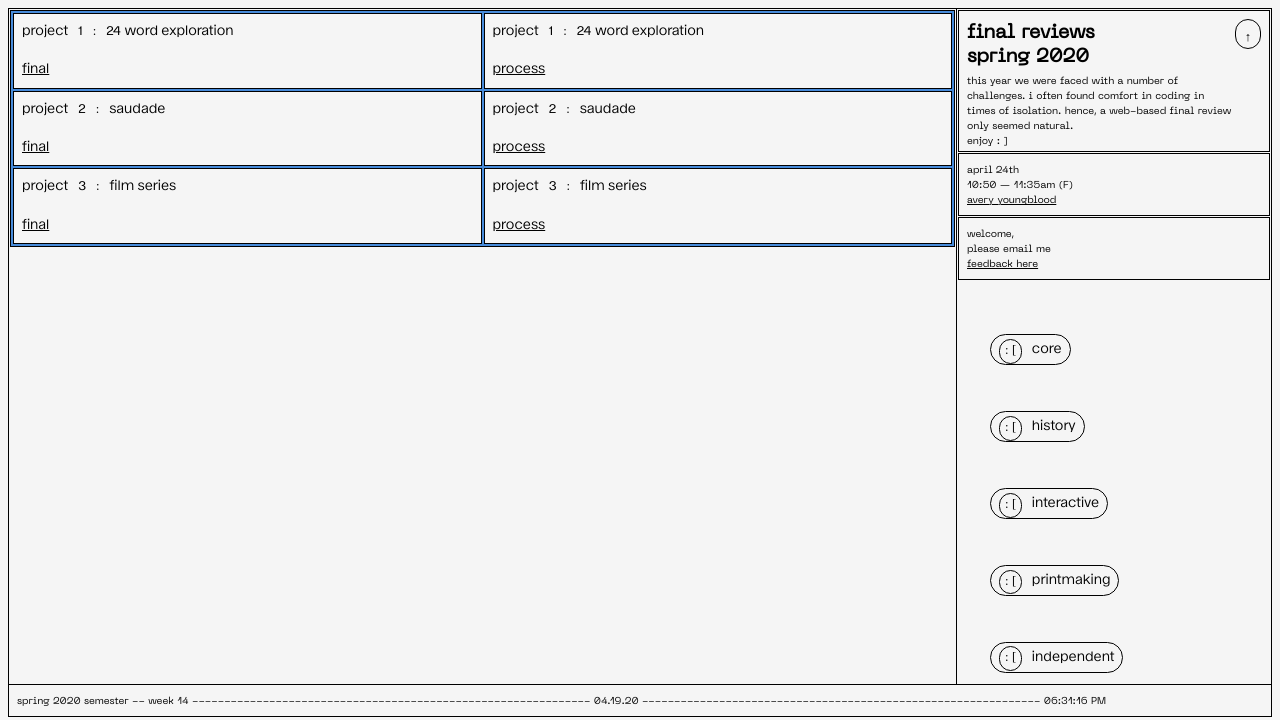
Repository: ayoungblood2/Spring-Semester-2020
Page: index v2/classes/printmaking.html
An editor plug-in stored every save of this project. The page is shown before and after the next save, followed by the edit.
The browser window is 1280 px wide. The pictures show the whole page.
Some web libraries are served in a nearby version.

Above is the page before, as saved 2020-04-19 21:31:46.

After the next save:
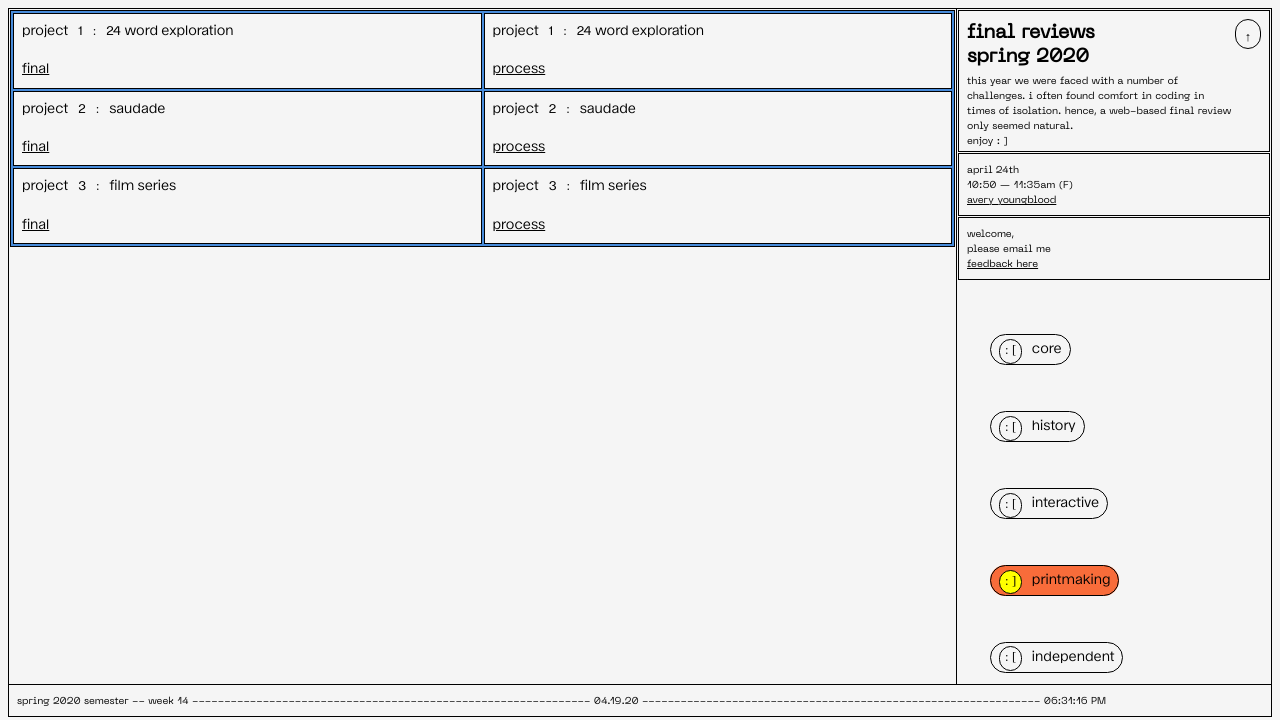
Saved 45 s later.
--- a/index v2/classes/printmaking.html
+++ b/index v2/classes/printmaking.html
@@ -266,8 +266,7 @@
 
                     <li class="Nav-item ">
                         <span>
-                            <a href="/index v2/classes/history.html"
-                            class="Nav-link view-more view-less" href="#" data-target="print">
+                            <a href="/index v2/index2.html" class="Nav-link-2" href="#" data-target="print">
                                 printmaking
                             </a>
                         </span>
